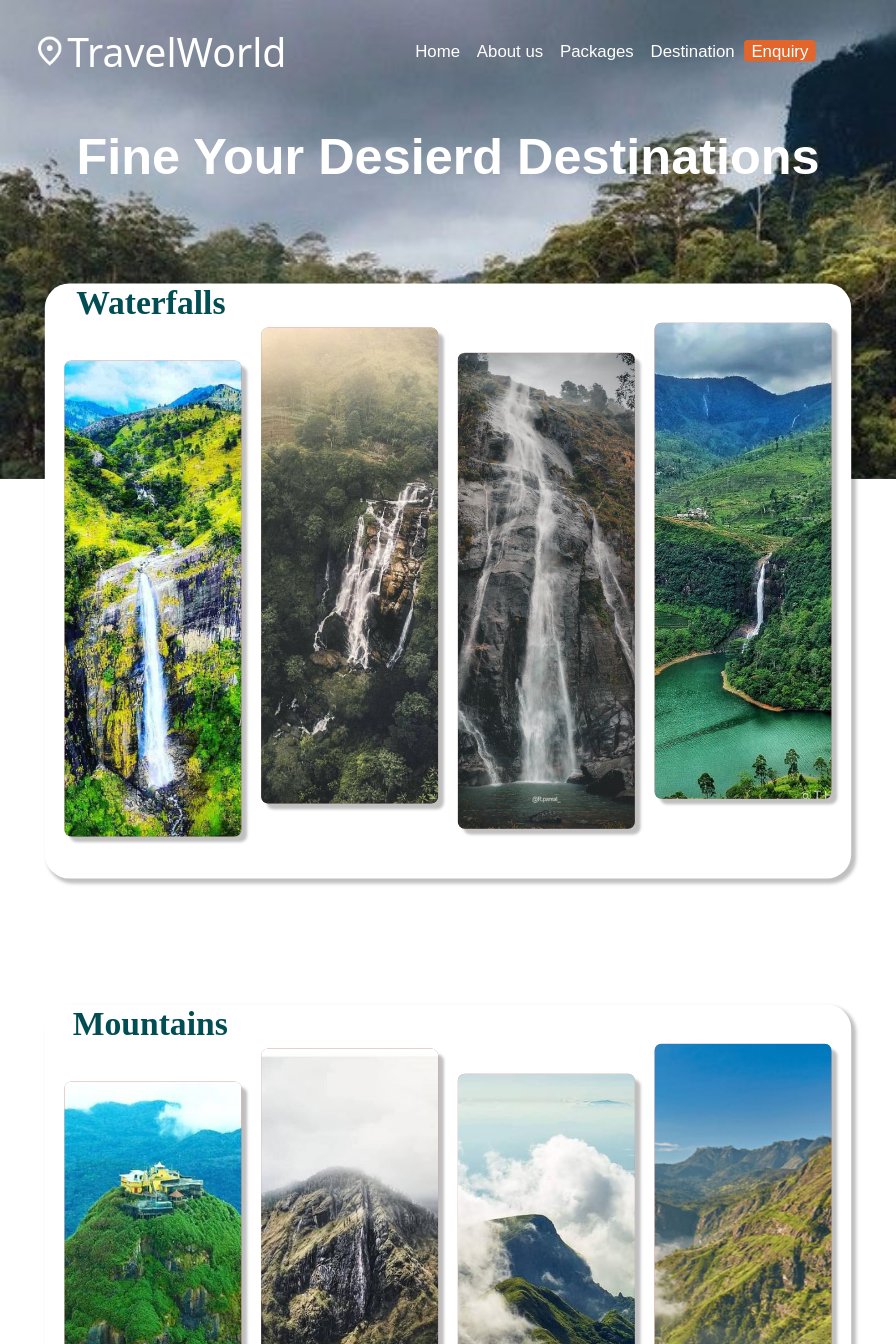
Repository: Haakim19/TavelWorld
Page: HTML/Destination.html
The author's editor kept a copy of each file at every save. The page is drawn from the files as they stood at one save, then again after the next save.
The browser window is 1280 px wide. The pictures show the part of the page from y = 0 to 1920 px (the page is 4589 px tall before and 4517 px after), at 70% of full size.
Some web fonts or font styles are not loaded; a fallback is used.

Above is the page before, as saved 2024-11-03 08:43:10.

### HTML/Destination.html
<!DOCTYPE html>
<html lang="en">
	<head>
		<meta charset="UTF-8" />
		<meta name="viewport" content="width=device-width, initial-scale=1.0" />
		<title>Travel World</title>
		<link rel="stylesheet" href="../CSS/Navbar.CSS" />
		<link rel="stylesheet" href="../CSS/Destination.css" />
		<link rel="preconnect" href="https://fonts.googleapis.com" />
		<link rel="preconnect" href="https://fonts.gstatic.com" crossorigin />
		<link
			href="https://fonts.googleapis.com/css2?family=Irish+Grover&family=Jaldi:wght@400;700&family=Playwrite+GB+S:ital,wght@0,100..400;1,100..400&display=swap"
			rel="stylesheet"
		/>
	</head>
	<body>
		<div class="bg-img">
			<!-- Navigation Bar -->
			<nav class="navbar">
				<div class="logo">
					<img src="../Assets/icon/location.png" alt="" />
					Travel <span>World</span>
				</div>
				<div class="page">
					<a href="Home.html">Home</a>
					<a href="Aboutus.html">About us</a>
					<a href="Packages.html">Packages</a>
					<a href="Destination.html">Destination</a>
					<a href="Enquiry.html" class="enquiry-btn">Enquiry</a>
				</div>
			</nav>
			<!-- Hero Section -->
			<section class="hero">
				<div class="hero-overlay">
					<h2>Fine Your Desierd Destinations</h2>
				</div>
			</section>
			<img
				class="hero-img"
				src="../Assets/Images/WaterFall/Laxapana.jpg"
				alt=""
			/>
			<!-- WaterFalls -->
			<div class="container">
				<h1>Waterfalls</h1>
				<div class="box box1">
					<img
						src="../Assets/Images/WaterFall/Diyaluma-Falls.jpg"
						alt=""
					/>
					<div class="box-content">
						<h2>Diyaluma Falls</h2>
						<ul>
							<li>Height</li>
							<p>
								Second-highest waterfall in Sri Lanka, at 220
								meters.
							</p>
							<li>Natural Pools</li>
							<p>
								Series of pools at different levels, perfect for
								a swim.
							</p>
							<li>Hiking and Views</li>
							<p>
								Short hike to the top with breathtaking views of
								the landscape.
							</p>
							<li>Waterfall Picnic Spots</li>
							<p>Popular for picnics due to its scenic beauty.</p>
							<li>Photo Opportunities</li>
							<p>
								Known for its dramatic cascade and beautiful
								rock formations.
							</p>
						</ul>
					</div>
				</div>
				<div class="box box2">
					<img src="../Assets/Images/WaterFall/rawana.jpg" alt="" />
					<div class="box-content">
						<h2>Ravana Falls</h2>
						<ul>
							<li>Mythological Significance</li>
							<p>
								Linked to the epic Ramayana, named after King
								Ravana.
							</p>
							<li>Multi-Tiered Cascade</li>
							<p>
								Falls over multiple layers of rock, creating a
								stunning effect.
							</p>
							<li>Accessible Location</li>
							<p>
								Located close to the town of Ella, making it
								easy to visit.
							</p>
							<li>Swimming</li>
							<p>
								Shallow pool at the base where visitors can take
								a dip.
							</p>
							<li>Popular Tourist Spot</li>
							<p>
								A must-visit attraction in the Ella area, with
								roadside viewing.
							</p>
						</ul>
					</div>
				</div>
				<div class="box box3">
					<img
						src="../Assets/Images/WaterFall/babarakanda.jpg"
						alt=""
					/>
					<div class="box-content">
						<h2>Bambarakanda Falls</h2>
						<ul>
							<li>Height</li>
							<p>
								The tallest waterfall in Sri Lanka, reaching 263
								meters.
							</p>
							<li>Surrounding Pine Forests</li>
							<p>
								Enveloped by lush pine forests, enhancing its
								beauty.
							</p>
							<li>Seasonal Flow</li>
							<p>
								Best viewed during the rainy season for a
								stronger flow.
							</p>
							<li>Hiking Trail</li>
							<p>
								Trail leads close to the falls for a fantastic
								view.
							</p>
							<li>Scenic Picnic Area</li>
							<p>
								Great spot for nature lovers to relax and enjoy
								the scenery.
							</p>
						</ul>
					</div>
				</div>
				<div class="box box4">
					<img
						src="../Assets/Images/WaterFall/Gartmore falls maskeliya.jpg"
						alt=""
					/>
					<div class="box-content">
						<h2>Hikkaduwa</h2>
						<ul>
							<li>Coral Reefs and Snorkeling</li>
							<p>Ideal for snorkeling around coral reefs.</p>
							<li>Surfing</li>
							<p>Steady waves, popular among surfers.</p>
							<li>Beachfront Cafes and Nightlife</li>
							<p>Bars and cafes with music and social scene.</p>
							<li>Turtle Watching</li>
							<p>Sea turtles can be seen near the shore.</p>
							<li>Glass-Bottom Boat</li>
							<p>View coral reefs from the boat.</p>
							<li>Diving Spots</li>
							<p>Underwater caves and wrecks to explore.</p>
						</ul>
					</div>
				</div>
			</div>

			<!-- Mountins -->
			<div class="container">
				<h1>Mountains</h1>
				<div class="box box1">
					<img
						src="../Assets/Images/mountains/mountains.jpg"
						alt=""
					/>
					<div class="box-content">
						<h2>Adam’s Peak</h2>
						<ul>
							<li>Pilgrimage Site</li>
							<p>
								Sacred to Buddhists, Hindus, Muslims, and
								Christians.
							</p>
							<li>Sunrise Hike</li>
							<p>
								Known for its breathtaking sunrise view from the
								summit.
							</p>
							<li>Footprint Impression</li>
							<p>
								Believed to be the footprint of Buddha, Shiva,
								or Adam.
							</p>
							<li>Staircase Path</li>
							<p>Well-maintained path with thousands of steps.</p>
							<li>Best Season</li>
							<p>
								December to May for clear skies and mild
								weather.
							</p>
						</ul>
					</div>
				</div>
				<div class="box box2">
					<img src="../Assets/Images/mountains/elle.jpg" alt="" />
					<div class="box-content">
						<h2>Ella Rock</h2>
						<ul>
							<li>Popular Hiking Spot</li>
							<p>
								Known for a scenic and moderately challenging
								hike.
							</p>
							<li>Panoramic Views</li>
							<p>
								Spectacular views of the Ella Gap and
								surrounding valleys.
							</p>
							<li>Lush Greenery</li>
							<p>
								Trail passes through tea plantations, jungle,
								and open fields.
							</p>
							<li>Picnic-Friendly</li>
							<p>
								Perfect for a picnic at the summit after the
								hike.
							</p>
							<li>Nearby Attractions</li>
							<p>
								Close to Little Adam’s Peak and Nine Arches
								Bridge.
							</p>
						</ul>
					</div>
				</div>
				<div class="box box3">
					<img src="../Assets/Images/mountains/Knuckles.jpg" alt="" />
					<div class="box-content">
						<h2>Knuckles Mountain Range</h2>
						<ul>
							<li>UNESCO World Heritage Site</li>
							<p>
								Recognized for its biodiversity and cultural
								significance.
							</p>
							<li>Trekking Trails</li>
							<p>
								Numerous trails with varying difficulty levels,
								suitable for all.
							</p>
							<li>Biodiversity Hotspot</li>
							<p>
								Home to unique flora, fauna, and rare bird
								species.
							</p>
							<li>Camping Options</li>
							<p>
								Ideal for multi-day camping trips in the wild.
							</p>
							<li>Waterfalls and Streams</li>
							<p>
								Trails often pass by waterfalls and clear
								streams.
							</p>
						</ul>
					</div>
				</div>
				<div class="box box4">
					<img
						src="../Assets/Images/mountains/pidurutalagala.jpg"
						alt=""
					/>
					<div class="box-content">
						<h2>Pidurangala Rock</h2>
						<ul>
							<li>UNESCO World Heritage Site</li>
							<p>
								Recognized for its biodiversity and cultural
								significance.
							</p>
							<li>Trekking Trails</li>
							<p>
								Numerous trails with varying difficulty levels,
								suitable for all.
							</p>
							<li>Biodiversity Hotspot</li>
							<p>
								Home to unique flora, fauna, and rare bird
								species.
							</p>
							<li>Camping Options</li>
							<p>
								Ideal for multi-day camping trips in the wild.
							</p>
							<li>Waterfalls and Streams</li>
							<p>
								Trails often pass by waterfalls and clear
								streams.
							</p>
						</ul>
					</div>
				</div>
			</div>

			<!-- Beatches -->
			<div class="container">
				<h1>Beaches</h1>
				<div class="box box1">
					<img src="../Assets/Images/beatch/mirissa.jpg" alt="" />
					<div class="box-content">
						<h2>Mirissa</h2>
						<ul>
							<li>Whale Watching</li>
							<p>spot for blue whale and dolphin sightings.</p>
							<li>Surfing & Snorkeling</li>
							<p>Beginner-friendly waves and clear waters.</p>
							<li>Beach Bars & Cafes</li>
							<p>
								Lively atmosphere with fresh seafood and
								tropical drinks.
							</p>
							<li>Secret Beach</li>
							<p>A quieter, hidden gem nearby.</p>
							<li>Picturesque Sunsets</li>
							<p>Beautiful sunset views over the Indian Ocean.</p>
						</ul>
					</div>
				</div>
				<div class="box box2">
					<img src="../Assets/Images/beatch/Arugam bay.jpg" alt="" />
					<div class="box-content">
						<h2>Arugam Bay</h2>
						<ul>
							<li>World-Class Surfing</li>
							<p>One of the best surf spots in Asia.</p>
							<li>Laid-Back Vibe</li>
							<p>
								Chill, bohemian atmosphere with beachside cafes.
							</p>
							<li>Wildlife and Nature Excursions</li>
							<p>Close to Kumana National Park.</p>
							<li>Stunning Beaches and Landscapes</li>
							<p>
								Scenic views at Elephant Rock and Pottuvil
								Lagoon.
							</p>
							<li>Cultural Sites</li>
							<p>Ancient temples like Muhudu Maha Viharaya.</p>
							<li>Vibrant Nightlife</li>
							<p>
								Lively social scene, especially during surf
								season.
							</p>
						</ul>
					</div>
				</div>
				<div class="box box3">
					<img
						src="../Assets/Images/beatch/jungle beach unawatuna.jpg"
						alt=""
					/>
					<div class="box-content">
						<h2>Jungle beach</h2>
						<ul>
							<li>Secluded Beach Experience</li>
							<p>Tucked away and less crowded.</p>
							<li>Clear Waters for Snorkeling</li>
							<p>Ideal for snorkeling around coral reefs.</p>
							<li>Scenic Nature Trails</li>
							<p>
								Short trek to reach the beach through greenery.
							</p>
							<li>Vibrant Marine Life</li>
							<p>Rich underwater ecosystem.</p>
							<li>Relaxing Atmosphere</li>
							<p>Perfect for unwinding.</p>
							<li>Beautiful Sunset Views</li>
							<p>Scenic, quiet spot for sunsets.</p>
						</ul>
					</div>
				</div>
				<div class="box box4">
					<img
						src="../Assets/Images/beatch/bg-destination.jpg"
						alt=""
					/>
					<div class="box-content">
						<h2>Hikkaduwa</h2>
						<ul>
							<li>Coral Reefs and Snorkeling</li>
							<p>Ideal for snorkeling around coral reefs.</p>
							<li>Surfing</li>
							<p>Steady waves, popular among surfers.</p>
							<li>Beachfront Cafes and Nightlife</li>
							<p>Bars and cafes with music and social scene.</p>
							<li>Turtle Watching</li>
							<p>Sea turtles can be seen near the shore.</p>
							<li>Glass-Bottom Boat</li>
							<p>View coral reefs from the boat.</p>
							<li>Diving Spots</li>
							<p>Underwater caves and wrecks to explore.</p>
						</ul>
					</div>
				</div>
			</div>

			<!-- Wildlife Safari -->
			<div class="container">
				<h1>Wildlife Safari</h1>
				<div class="box box1">
					<img src="../Assets/Images/wild life/yala.webp" alt="" />
					<div class="box-content">
                        <h2>Yala National Park</h2>
                        <ul>
                            <li>Leopard Spotting</li>
                            <p>One of the highest leopard densities in the world.</p>
                            <li>Elephants and Birds</li>
                            <p>Known for its elephants and diverse bird species.</p>
                            <li>Jeep Safaris</li>
                            <p>Morning and evening jeep safaris for optimal animal sightings.</p>
                            <li>Scenic Lagoons</li>
                            <p>Dotted with beautiful lagoons and water bodies.</p>
                            <li>Historical Ruins</li>
                            <p>Contains ancient ruins and archaeological sites within the park.</p>
                        </ul>
					</div>
				</div>
				<div class="box box2">
					<img src="../Assets/Images/wild life/udawalawa.jpg" alt="" />
					<div class="box-content">
						<h2>Udawalawe National Park</h2>
                <ul>
                    <li>Elephant Sanctuary</li>
                    <p>Home to a large population of wild elephants.</p>
                    <li>Birdwatching</li>
                    <p>Famous for birds, including raptors and waterfowl.</p>
                    <li>Jeep Safaris</li>
                    <p>Guided safaris available to explore the park’s grasslands and wetlands.</p>
                    <li>Elephant Transit Home</li>
                    <p>A rehabilitation center for orphaned elephant calves.</p>
                    <li>Accessible Location</li>
                    <p>Easily accessible from Colombo and nearby cities.</p>
                </ul>
					</div>
				</div>

				<div class="box box3">
					<img src="../Assets/Images/wild life/wilpattu.jpg"alt=""/>
					<div class="box-content">
						<h2>Wilpattu National Park</h2>
                        <ul>
                            <li>Leopard Habitat</li>
                            <p>Known for leopard and bear sightings.</p>
                            <li>Natural Lakes</li>
                            <p>Over 40 natural lakes (or “willus”) throughout the park.</p>
                            <li>Diverse Wildlife</li>
                            <p>Home to deer, sloth bears, and a variety of reptiles.</p>
                            <li>Serene Environment</li>
                            <p>Less crowded than Yala, offering a quieter experience.</p>
                            <li>Historical Significance</li>
                            <p>Believed to be connected to ancient Sri Lankan kingdoms.</p>
                        </ul>
					</div>
				</div>
				<div class="box box4">
					<img src="../Assets/Images/wild life/minneriya.webp"alt=""/>
					<div class="box-content">
						<h2>Minneriya National Park</h2>
                        <ul>
                            <li>The Elephant Gathering</li>
                            <p>Famous for large gatherings of elephants, especially from July to October.</p>
                            <li>Seasonal Water Reservoir</li>
                            <p>Elephants gather around the Minneriya Tank during the dry season.</p>
                            <li>Jeep Safaris</li>
                            <p>Safaris to witness herds of elephants up close.</p>
                            <li>Birdwatching</li>
                            <p>Ideal for spotting local and migratory birds.</p>
                            <li>Close to Cultural Triangle</li>
                            <p>Located near Sigiriya and Dambulla, making it easy to combine with cultural sites.</p>
                        </ul>
					</div>
				</div>
			</div>
		</div>
	</body>
</html>

### CSS/Navbar.CSS
body{
    margin: 0;
    padding: 0;
    /* background-color: #ffffff; */
}
/* Background image */
.bg-img img{
    width: 100%;
    height: 95vh;
    object-fit: cover;
    object-position: top;
    background-attachment: scroll;
}

.hero-img {
    /* filter: blur(2px); */
    position:absolute;
    top: 0;
    z-index: 1;
    background-color:black;;
}
/* Navigation bar */
nav{
    position: relative;
    display: flex;
    align-items: center;
    justify-content: space-between;
    z-index: 1000;
    padding-top: 30px;
}
.logo{
    margin-left: 5vh;
    font-family: "Irish Grover", system-ui;
    color: #ffffff;
    font-size: 3.5rem;
    display: flex;
    justify-content:center;
    align-items: center;
    padding: 5px 10px 5px 10px;
}
.logo img{
    width: 50px;
    height: 50px;
    color: #ffffff;
}

.page {
    margin-right : 16vh;

}

.page a{
    /* display: flex; */
    font-size: 1.5rem;
    color: #ffffff;
    font-family:"Jaldi", sans-serif;
    justify-content: space-evenly;
    align-items: center;
    padding: 2px 10px 2px 10px;
    text-decoration: none;
    transition: all 0.5s ease;
}
.page a:hover{
    color: #E2652B;
}
.page .enquiry-btn{
    background-color:#E2652B;
    color: white;
    border-radius: 5px;
    transition: all 0.5s ease;
}
.page .enquiry-btn:hover{
    color:#E2652B;
    background-color: rgb(255, 255, 255);
    border-radius: 5px;
}
section {
    position: relative;
    z-index: 1000;
    color: #ffffff;
    display: flex;
    flex-direction: column;
    justify-content: center;
    align-items: center;
    margin-top: 1vh;

}

.hero .hero-overlay h1 {
    /* margin-right: 10vh; */
    font-family: "Playwrite GB S", serif;
    font-weight: 700;
    font-style:oblique;
    font-size: 10rem;
    margin-bottom: -10px;
}

.hero .hero-overlay p {
    margin-left: 15vh;
    margin-top: auto;
    font-family: "Bebas Neue", sans-serif;
    font-weight: 500;
    font-style:normal;
    font-size: 3rem;
    margin-right: 10vh;
}

### CSS/Destination.css
section .hero-overlay{
    top: 100vh;
    font-family: "Jaldi", sans-serif;
    font-size: 3rem;
    color:rgb(255, 255, 255);
}
.container{
    position: relative;
    width: 90%;
    height: 850px;
    top: -100px;
    background: #FFFFFF;
    box-shadow: 5px 5px 5px 2px rgba(0, 0, 0, 0.25);
    border-radius: 35px;
    display: flex;
    justify-content: space-evenly;
    align-items: center;
    margin-top: 25vh;
    margin-left: 5%;
    margin-right: 20%;
    margin-bottom:20vh;
    z-index: 10;
}
.container .box {
    background-color: #cf8585;
    width: 22%;
    height: 80%;
    box-shadow: 8px 8px 4px rgba(0, 0, 0, 0.25);
    border-radius: 10px;
    overflow: hidden;
    z-index: 10;
    transition: all 0.5s ease;
}
.container .box .box-content{
    color: #fff;
    background-color: rgba(0, 0, 0, 0.5);
    display: flex;
    width: 100%;
    height: 100%;
    /* position: absolute; */
    text-align: center;
    flex-direction: column;
    justify-content: center;
    /* align-items: center; */
    backdrop-filter: blur(5px);
    opacity: 0;
    transition: all 0.5s ease;
    z-index: 1100;
}
.container .box .box-content h2{
    font-family: "Jaldi", sans-serif;
    font-size: 2.2rem;
    line-height: 3.2rem;
    color:#53998F;
}
.container .box .box-content ul{
    font-family: "Jaldi", sans-serif;
    text-align:start;
    padding-left: 50px;
    line-height: 1rem;
    margin: 10px;
}
.container .box .box-content ul li{
    font-size: 1.2rem;
    list-style-type:armenian;
}

.container .box .box-content  {
    position: relative;
    top: -131.5%;
    left: 0%;
    /* transform: translateY(-100%); */

}
.container .box:hover .box-content{
    opacity: 1;
}
.container .box:hover{
    transform: scale(1.1);
}
.container h1{
    font-size: 3rem;
    font-family: "Playwrite GB S", serif;
    position: absolute;
    top: -20px;
    left: 15%;
    transform: translateX(-60%);
    margin-top: 20px;
    color:#004D53;
}
.box2 {
    margin-bottom: 6vh;
}
.box1 {
    margin-top: 7vh;

}
.box4 {
    margin-bottom: 8vh;

}

.box3 {
    margin-top: 4vh;

}

After the next save:
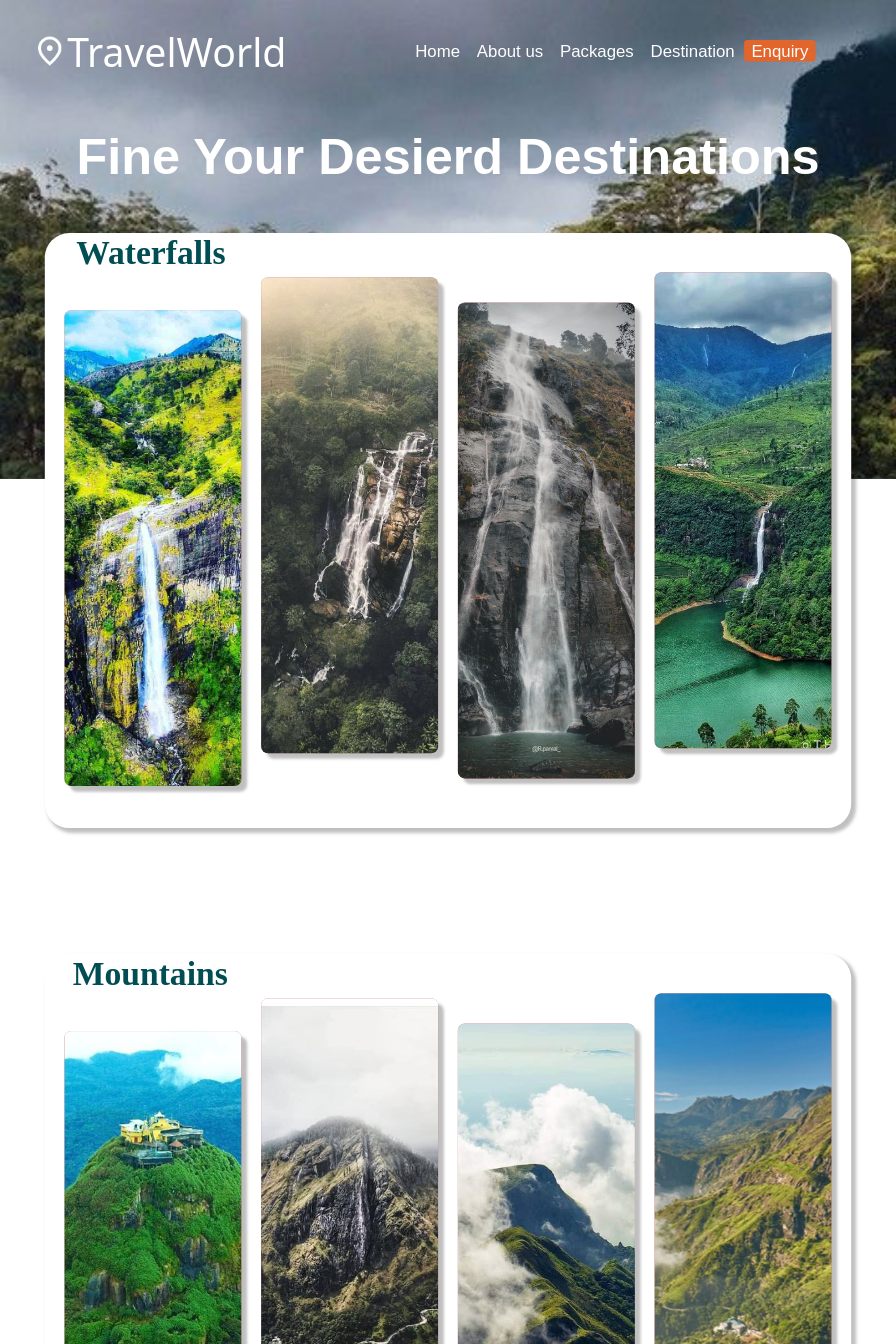
Saved 26 s later.
--- a/CSS/Destination.css
+++ b/CSS/Destination.css
@@ -1,5 +1,5 @@
 section .hero-overlay{
-    top: 100vh;
+    margin-bottom: -10vh;
     font-family: "Jaldi", sans-serif;
     font-size: 3rem;
     color:rgb(255, 255, 255);

After the save that followed:
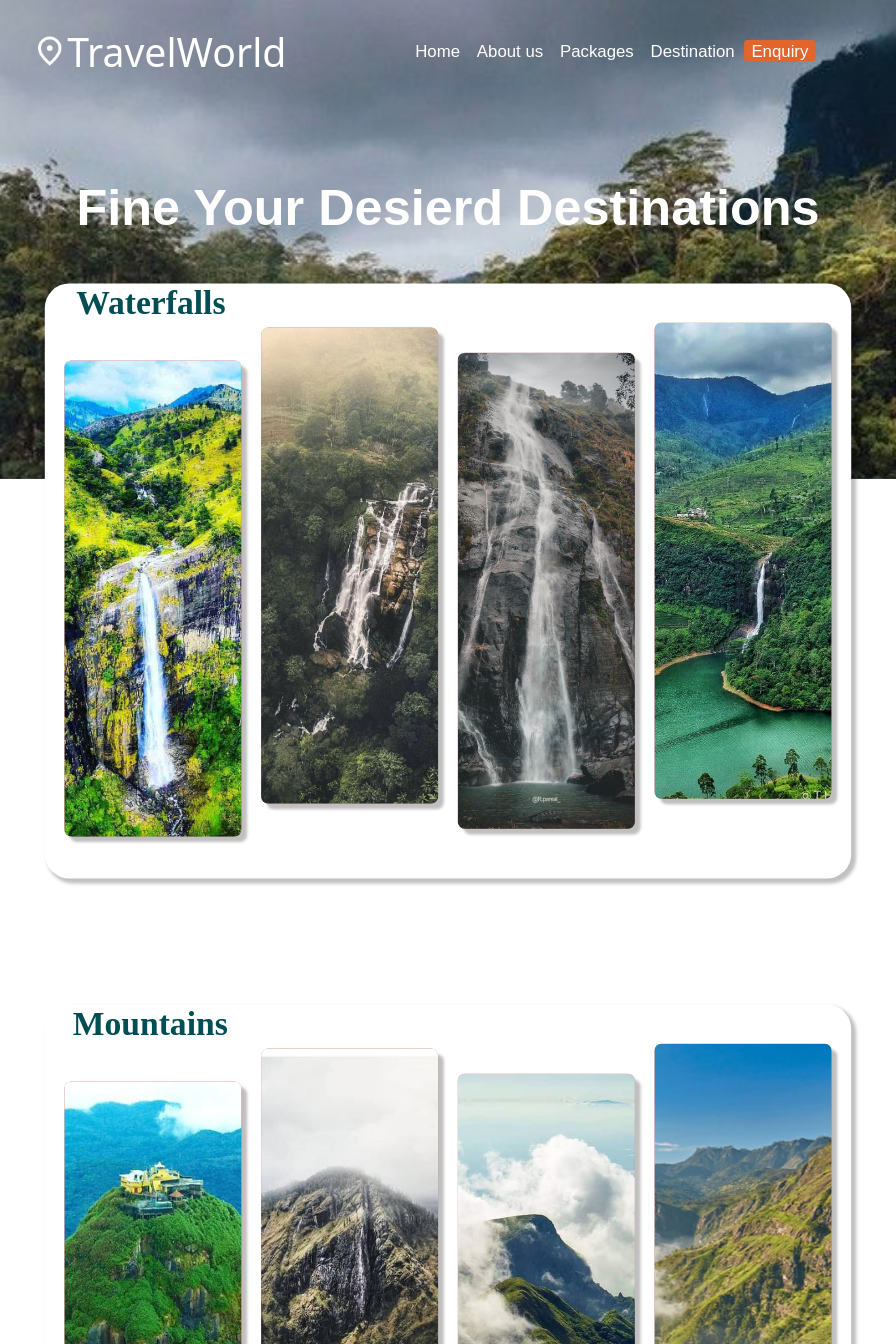
Saved 13 s later.
--- a/CSS/Destination.css
+++ b/CSS/Destination.css
@@ -1,5 +1,6 @@
 section .hero-overlay{
     margin-bottom: -10vh;
+    margin-top: 10vh;
     font-family: "Jaldi", sans-serif;
     font-size: 3rem;
     color:rgb(255, 255, 255);
